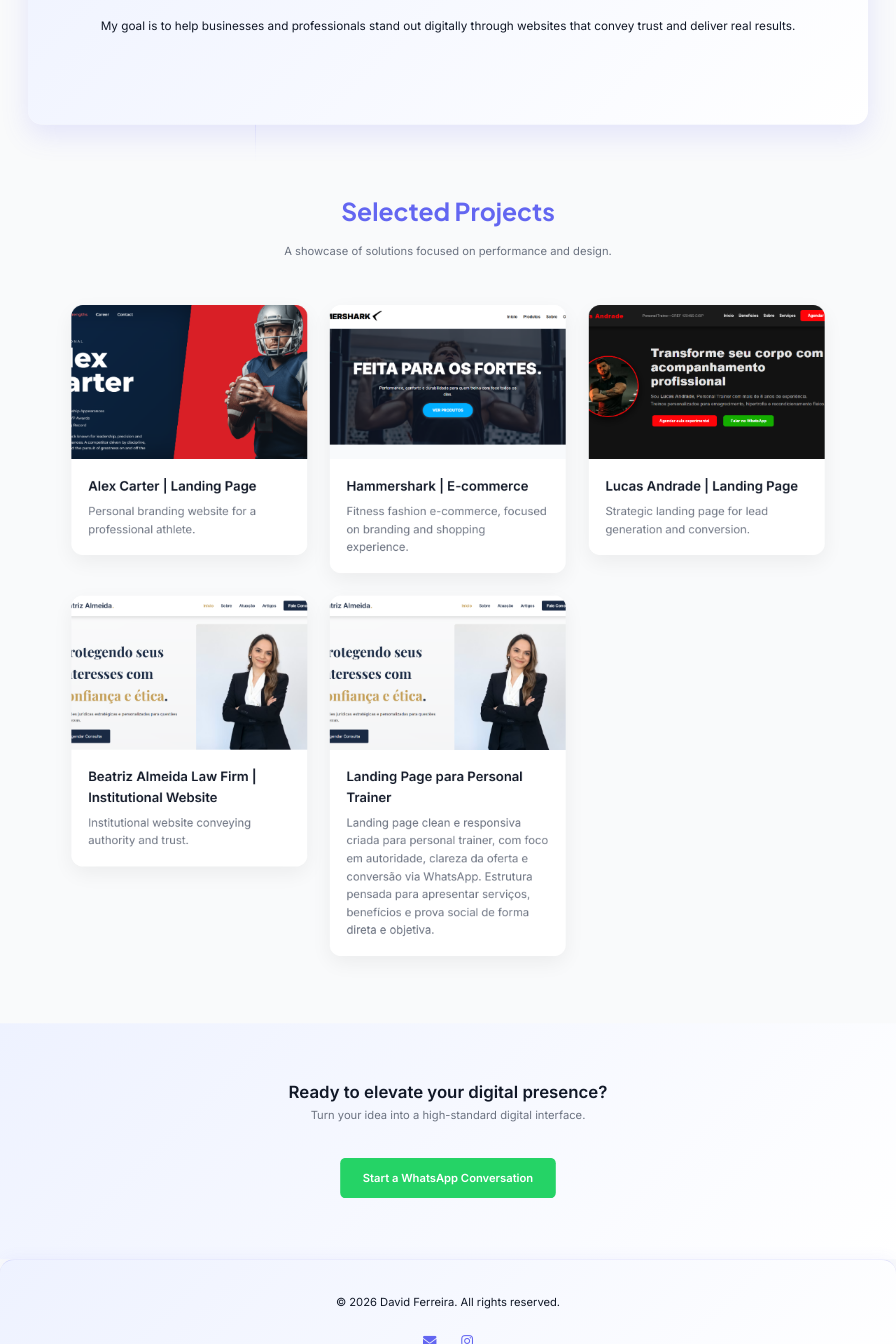
Repository: davidfsillva/portifolio
Page: index.html
These files come from the project's save history. The page is drawn as it stood at one moment and after a run of saves; the edit follows.
The browser window is 1280 px wide. The pictures show the part of the page from y = 1047 to 2967 px (the page is 3031 px tall), at 70% of full size.

Above is the page before, as saved 2026-02-11 18:41:55.
Console error: TypeError: Cannot read properties of null (reading 'addEventListener')

### index.html
<!DOCTYPE html>
<html lang="en">
<head>
    <meta charset="UTF-8">
    <meta name="viewport" content="width=device-width, initial-scale=1.0">

    <title>David Ferreira | Front-end Developer & Premium UI Designer</title>

    <!-- Primary SEO -->
    <meta name="description" content="David Ferreira is a front-end developer specialized in premium interfaces, high-conversion landing pages, and modern digital experiences.">
    <meta name="keywords" content="Front-end Developer, Web Designer, UI Designer, Landing Page, Web Development, Freelancer Brazil">
    <meta name="author" content="David Ferreira">
    <meta name="robots" content="index, follow">
    <link rel="canonical" href="https://yourdomain.com/">

    <!-- Open Graph (Facebook, LinkedIn) -->
    <meta property="og:title" content="David Ferreira | Premium Front-end Developer">
    <meta property="og:description" content="High-standard digital interfaces focused on performance and conversion.">
    <meta property="og:image" content="https://yourdomain.com/preview.jpg">
    <meta property="og:url" content="https://yourdomain.com/">
    <meta property="og:type" content="website">

    <!-- Twitter Card -->
    <meta name="twitter:card" content="summary_large_image">
    <meta name="twitter:title" content="David Ferreira | Web Developer">
    <meta name="twitter:description" content="Premium web development focused on performance and modern design.">
    <meta name="twitter:image" content="https://yourdomain.com/preview.jpg">

    <!-- Favicon -->
    <link rel="icon" href="favicon.ico" type="image/x-icon">

    <!-- Fonts -->
    <link href="https://fonts.googleapis.com/css2?family=Inter:wght@300;400;600&family=Plus+Jakarta+Sans:wght@700;800&display=swap" rel="stylesheet">

    <!-- Font Awesome -->
    <link rel="stylesheet" href="https://cdnjs.cloudflare.com/ajax/libs/font-awesome/6.5.0/css/all.min.css" integrity="sha512-..." crossorigin="anonymous" referrerpolicy="no-referrer" />

    <link rel="stylesheet" href="style.css">
</head>

<body>

    <!-- NAVBAR -->
    <nav class="navbar">
        <div class="logo"><a href="#">David | Web Developer<span>.</span></a></div>

        <ul class="nav-links">
            <li><a href="#about">About</a></li>
            <li><a href="#portfolio">Projects</a></li>
            <li><a href="#contact" class="btn-sm">Contact</a></li>
        </ul>
    </nav>

    <!-- HERO -->
    <section class="hero">
        <div class="hero-content">
            <h1>Creating high-level digital <span> with code experiences</span></h1>
            <p>Front-end developer specialized in high-standard interfaces and landing pages focused on results.</p>
            <div class="hero-btns">
                <a href="#portfolio" class="btn-primary">See Projects</a>
                <a href="#contact" class="btn-secondary">Let's Talk</a>
            </div>
        </div>
        <div class="hero-visual">
            <div class="hero-glow"></div>
        </div>
    </section>

    <!-- ABOUT -->
    <section id="about" class="section">
        <h2>About Me</h2>
        <p>I'm David Ferreira, a Front-end developer focused on creating modern, functional websites with premium interfaces. I work with HTML, CSS, JavaScript, and React, prioritizing performance, design, and user experience.</p>
        <p>My goal is to help businesses and professionals stand out digitally through websites that convey trust and deliver real results.</p>
    </section>

    <!-- PORTFOLIO -->
    <section id="portfolio" class="portfolio">
        <div class="section-header">
            <h2>Selected Projects</h2>
            <p>A showcase of solutions focused on performance and design.</p>
        </div>
        <div class="portfolio-grid">
            <!-- Project 1 -->
            <a href="https://davidfsillva.github.io/Alex-Carter/" target="_blank" class="project-link">
                <div class="project-card">
                    <div class="card-image">
                        <img src="img/alex.png" alt="Alex Carter Project">
                        <div class="card-overlay"><span>View Details</span></div>
                    </div>
                    <div class="card-info">
                        <h3>Alex Carter | Landing Page</h3>
                        <p>Personal branding website for a professional athlete.</p>
                    </div>
                </div>
            </a>

            <!-- Project 2 -->
            <a href="https://davidfsillva.github.io/e-hammershark/" target="_blank" class="project-link">
                <div class="project-card">
                    <div class="card-image">
                        <img src="img/ecomerce.png" alt="Hammershark Project">
                        <div class="card-overlay"><span>View Details</span></div>
                    </div>
                    <div class="card-info">
                        <h3>Hammershark | E-commerce</h3>
                        <p>Fitness fashion e-commerce, focused on branding and shopping experience.</p>
                    </div>
                </div>
            </a>

            <!-- Project 3 -->
            <a href="https://davidfsillva.github.io/landing-page/" target="_blank" class="project-link">
                <div class="project-card">
                    <div class="card-image">
                        <img src="img/landingpage.png" alt="Landing Page Project">
                        <div class="card-overlay"><span>View Details</span></div>
                    </div>
                    <div class="card-info">
                        <h3>Lucas Andrade | Landing Page</h3>
                        <p>Strategic landing page for lead generation and conversion.</p>
                    </div>
                </div>
            </a>

            <!-- Project 4 -->
            <a href="https://davidfsillva.github.io/beatriz-almeida-adv/" target="_blank" class="project-link">
                <div class="project-card">
                    <div class="card-image">
                        <img src="img/adv.png" alt="Beatriz Almeida Law Firm Project">
                        <div class="card-overlay"><span>View Details</span></div>
                    </div>
                    <div class="card-info">
                        <h3>Beatriz Almeida Law Firm | Institutional Website</h3>
                        <p>Institutional website conveying authority and trust.</p>
                    </div>
                </div>
            </a>

                        <!-- Project 5 -->
            <a href="https://davidfsillva.github.io/Hailey-Reed-Coaching/" target="_blank" class="project-link">
                <div class="project-card">
                    <div class="card-image">
                        <img src="img/adv.png" alt="Beatriz Almeida Law Firm Project">
                        <div class="card-overlay"><span>View Details</span></div>
                    </div>
                    <div class="card-info">
                        <h3>Landing Page para Personal Trainer</h3>
                        <p>Landing page clean e responsiva criada para personal trainer, com foco em autoridade, clareza da oferta e conversão via WhatsApp. Estrutura pensada para apresentar serviços, benefícios e prova social de forma direta e objetiva.</p>
                    </div>
                </div>
            </a>
        </div>
    </section>

    <!-- CTA / CONTACT -->
    <section id="contact" class="cta-section">
        <h2>Ready to elevate your digital presence?</h2>
        <p>Turn your idea into a high-standard digital interface.</p>
        <a href="https://wa.me/5511990242453" target="_blank" class="btn-whatsapp">Start a WhatsApp Conversation</a>
    </section>

    <!-- FOOTER -->
    <footer>
        <div class="footer-content">
            <p>&copy; 2026 David Ferreira. All rights reserved.</p>
            <div class="social-links">
                <a href="mailto:davidfsillva@icloud.com" target="_blank" rel="noopener noreferrer"><i class="fa-solid fa-envelope"></i></a>
                <a href="https://www.instagram.com/david_websites?igsh=MWdmZWJ3MW80N3JsNQ==" target="_blank" rel="noopener noreferrer"><i class="fa-brands fa-instagram"></i></a>
            </div>
        </div>
    </footer>

    <script src="scripts.js"></script>
</body>
</html>

### style.css
:root {
  --primary: #6366f1;
  --primary-light: #818cf8;
  --accent: #a855f7;
  --text-dark: #111827;
  --text-light: #6b7280;
  --bg-light: #f9fafb;
  --white: #ffffff;
  --transition: all 0.3s ease;
}

/* RESET */
* {
  margin: 0;
  padding: 0;
  box-sizing: border-box;
}

html {
  scroll-behavior: smooth;   /* já tinha */
  scroll-padding-top: 70px; /* ajuste esse valor para altura da navbar */
}


body {
  font-family: 'Inter', sans-serif;
  background: var(--bg-light);
  color: var(--text-dark);
  line-height: 1.6;
  animation: fadePage 0.8s ease-in-out;
}

@keyframes fadePage {
  from { opacity: 0; transform: translateY(10px); }
  to { opacity: 1; transform: translateY(0); }
}

/* NAVBAR */
.navbar {
  position: fixed;
  width: 100%;
  top: 0;
  padding: 1.5rem 8%;
  display: flex;
  justify-content: space-between;
  align-items: center;
  background: rgba(255,255,255,0.85);
  backdrop-filter: blur(12px);
  box-shadow: 0 4px 20px rgba(0,0,0,0.05);
  z-index: 1000;
  transition: var(--transition);
}

.logo {
  font-family: 'Plus Jakarta Sans', sans-serif;
  font-weight: 800;
  font-size: 1.5rem;
}

.logo a {
  text-decoration: none;   /* remove o sublinhado */
  color: var(--text-dark); /* cor principal da logo */
  font-weight: 800;
  font-size: 1.5rem;
}

.logo a span {
  color: var(--primary);   /* deixa apenas o ponto colorido */
}


.logo span {
  color: var(--primary);
}

.nav-links {
  display: flex;
  list-style: none;
  gap: 2rem;
}

.nav-links a {
  text-decoration: none;
  color: var(--text-light);
  font-weight: 500;
  transition: var(--transition);
}

.nav-links a:hover {
  color: var(--primary);
  transform: translateY(-2px);
}

/* HERO */
.hero {
  min-height: 100vh;
  padding: 120px 8% 80px; /* aumentei de 60px para 80px */
  display: flex;
  align-items: center;
  justify-content: space-between;
  background: linear-gradient(135deg, #eef2ff, #ffffff);
  flex-wrap: wrap;
}

.hero-content {
  max-width: 600px;
  animation: heroFade 1s ease 0.2s both;
}

@keyframes heroFade {
  from { opacity: 0; transform: translateY(40px); }
  to { opacity: 1; transform: translateY(0); }
}

.badge {
  display: inline-block;
  padding: 0.5rem 1rem;
  background: rgba(99,102,241,0.1);
  color: var(--primary);
  border-radius: 20px;
  font-size: 0.8rem;
  font-weight: 600;
  margin-bottom: 1.5rem;
}

.hero h1 {
  font-family: 'Plus Jakarta Sans', sans-serif;
  font-size: clamp(2rem, 5vw, 3.5rem);
  line-height: 1.2;
  margin-bottom: 1.5rem;
}

.hero h1 span {
  background: linear-gradient(90deg, var(--primary), var(--accent));
  -webkit-background-clip: text;
  -webkit-text-fill-color: transparent;
}

.hero p {
  font-size: 1.1rem;
  color: var(--text-light);
  margin-bottom: 2rem;
}

/* BUTTONS */
.btn-primary,
.btn-secondary,
.btn-whatsapp {
  display: inline-block;
  padding: 0.9rem 2rem;
  border-radius: 8px;
  text-decoration: none;
  font-weight: 600;
  transition: all 0.3s ease;
  position: relative;
  overflow: hidden;
}

.btn-primary {
  background: linear-gradient(90deg, var(--primary), var(--accent));
  color: white;
  box-shadow: 0 10px 25px rgba(99,102,241,0.3);
}

.btn-primary:hover {
  transform: translateY(-4px) scale(1.03);
}

.btn-primary:active {
  transform: scale(0.96);
}

.btn-primary::after {
  content: "";
  position: absolute;
  width: 200%;
  height: 200%;
  background: radial-gradient(circle, rgba(255,255,255,0.4), transparent 60%);
  top: -50%;
  left: -50%;
  opacity: 0;
  transition: opacity 0.4s ease;
}

.btn-primary:hover::after {
  opacity: 1;
}

.btn-secondary {
  border: 1px solid #e5e7eb;
  color: var(--text-dark);
  margin-left: 1rem;
  box-shadow: 0 5px 25px rgba(99,102,241,0.3);

}

.btn-secondary:hover {
  background: #f3f4f6;
  transform: translateY(-4px);
}

.btn-secondary:active {
  transform: scale(0.96);
}

.btn-whatsapp {
  background: linear-gradient(90deg, #25d366, #1ebe57);
  color: white;
  padding: 1rem 2rem;
  border-radius: 8px;
  font-weight: 600;
  transition: var(--transition);
}

.btn-whatsapp:hover {
  transform: translateY(-3px) scale(1.03);
  box-shadow: 0 8px 20px rgba(37,211,102,0.4);
}

.btn-whatsapp:active {
  transform: scale(0.96);
}

.hero-btns {
  display: flex;
  flex-wrap: wrap;
}

#about {
  text-align: center;
  max-width: 1200px;
  margin: 4rem auto 0; /* adiciona mais distância do Hero */
  padding: 6rem 8%;
  background: linear-gradient(135deg, #eef2ff 0%, #ffffff 100%);
  border-radius: 20px;
  box-shadow: 0 15px 40px rgba(99,102,241,0.15);
  position: relative;
  overflow: hidden;
}

#about::before {
  content: "";
  position: absolute;
  width: 200px;
  height: 200px;
  background: radial-gradient(circle, rgba(163,155,253,0.2), transparent 70%);
  top: -50px;
  right: -50px;
  border-radius: 50%;
  z-index: 0;
  animation: pulseGlow 6s infinite ease-in-out;
}

#about h2 {
  font-family: 'Plus Jakarta Sans', sans-serif;
  font-size: clamp(2rem, 4vw, 2.5rem);
  margin-bottom: 2rem;
  position: relative;
  z-index: 1;
  background: linear-gradient(90deg, var(--primary), var(--accent));
  -webkit-background-clip: text;
  -webkit-text-fill-color: transparent;
}

#about p {
  font-size: 1.05rem;
  line-height: 1.9;
  color: var(--text-dark);
  margin-bottom: 1.8rem;
  position: relative;
  z-index: 1;
  opacity: 0;
  transform: translateY(20px);
  animation: fadeUp 1s forwards;
  animation-delay: 0.3s;
}

/* Animação suave */
@keyframes fadeUp {
  to {
    opacity: 1;
    transform: translateY(0);
  }
}



/* HERO VISUAL */
.hero-visual {
  flex: 1;
  min-height: 400px;
  display: flex;
  justify-content: center;
  align-items: center;
}

.hero-glow {
  width: 380px;
  height: 380px;
  background: url('img/dashboard.png') no-repeat center center;
  background-size: contain;
  animation: float-rotate 8s ease-in-out infinite;
}

@keyframes float-rotate {
  0%   { transform: translateY(0px) rotate(0deg); }
  50%  { transform: translateY(-10px) rotate(3deg); }
  100% { transform: translateY(0px) rotate(0deg); }
}

/* PORTFOLIO */
.portfolio {
  padding: 6rem 8%;
}

.section-header {
  text-align: center;
  margin-bottom: 4rem;
}

.section-header h2 {
  font-family: 'Plus Jakarta Sans', sans-serif;
  font-size: 2.2rem;
  margin-bottom: 1rem;
  color: var(--primary)
}

.section-header p {
  color: var(--text-light);
}

.portfolio-grid {
  display: grid;
  grid-template-columns: repeat(auto-fit, minmax(280px, 1fr));
  gap: 2rem;
}

.project-card {
  background: var(--white);
  border-radius: 16px;
  overflow: hidden;
  box-shadow: 0 10px 30px rgba(0,0,0,0.06);
  cursor: pointer;
  transition: transform 0.4s ease, box-shadow 0.4s ease;
  will-change: transform;
}

.project-card:hover {
  transform: translateY(-12px) scale(1.03);
  box-shadow: 0 25px 50px rgba(99,102,241,0.2);
}

.card-image {
  position: relative;
  overflow: hidden;
}

.card-image img {
  width: 100%;
  height: 220px;
  object-fit: cover;
  display: block;
  transition: transform 0.6s ease;
}

.project-card:hover .card-image img {
  transform: scale(1.08);
}

.card-overlay {
  position: absolute;
  inset: 0;
  background: rgba(99,102,241,0.8);
  display: flex;
  justify-content: center;
  align-items: center;
  color: white;
  font-weight: 600;
  opacity: 0;
  transition: opacity 0.4s ease;
}

.project-card:hover .card-overlay {
  opacity: 1;
}

.card-info {
  padding: 1.5rem;
}

.card-info h3 {
  margin-bottom: 0.5rem;
}

.card-info p {
  color: var(--text-light);
}

.project-link {
  text-decoration: none;
  color: inherit;
  display: block;
}


/* CTA */
.cta-section {
  padding: 5rem 8%;
  text-align: center;
  background: linear-gradient(135deg, #eef2ff, #ffffff);
}

/* FOOTER */
footer {
  padding: 3rem 5%;
  background: linear-gradient(135deg, #eef2ff, #ffffff); /* leve gradiente */
  border-top: 1px solid rgba(99,102,241,0.2); /* linha discreta */
  text-align: center;
  border-radius: 20px 20px 0 0;
  box-shadow: 0 -4px 20px rgba(99,102,241,0.05);
}

.footer-content {
  display: flex;
  flex-direction: column;
  align-items: center;
  gap: 1.5rem; /* aumenta espaço entre elementos */
}

.footer-content p {
  color: var(--text-dark);
  font-weight: 450;
  font-size: 1rem;
}

.social-links {
  display: flex;
  gap: 1rem; /* distância entre ícones */
}

.social-links a {
  color: var(--primary);
  padding: 0.6rem;
  border-radius: 30%; /* círculo perfeito */
  font-size: 1.2rem;
  display: flex;
  justify-content: center;
  align-items: center;
  transition: all 0.3s ease;
  text-decoration: none;
}

.social-links a:hover {
  transform: translateY(-3px) scale(1.1);
  color: var(--primary);
}


.cta-section p {
  color: var(--text-light);
  margin-bottom: 2.5rem; /* aumenta espaço abaixo do texto */
}

.btn-whatsapp {
  display: inline-block;
  background: #25d366;
  color: white;
  padding: 1rem 2rem;
  border-radius: 8px;
  text-decoration: none;
  font-weight: 600;
  transition: var(--transition);
  margin-top: 0.5rem; /* pequeno respiro extra */
}


/* MODAL */
.modal-overlay {
  position: fixed;
  inset: 0;
  background: rgba(0,0,0,0.6);
  display: none;
  justify-content: center;
  align-items: center;
  padding: 2rem;
  z-index: 2000;
}

.modal-content {
  background: white;
  width: 100%;
  max-width: 900px;
  border-radius: 20px;
  overflow: hidden;
  animation: modalZoom 0.4s cubic-bezier(.23,1,.32,1);
  position: relative;
}

@keyframes modalZoom {
  from { opacity: 0; transform: scale(0.85) translateY(20px); }
  to { opacity: 1; transform: scale(1) translateY(0); }
}

.modal-body {
  display: grid;
  grid-template-columns: 1fr 1fr;
}

.modal-img {
  min-height: 300px;
  background-size: cover !important;
}

.modal-text {
  padding: 2rem;
}

.close-modal {
  position: absolute;
  top: 20px;
  right: 25px;
  background: none;
  border: none;
  font-size: 2rem;
  cursor: pointer;
  transition: transform 0.3s ease;
}

.close-modal:hover {
  transform: rotate(90deg);
}

/* RESPONSIVO */
/* =====================
   RESPONSIVIDADE
===================== */

/* Para telas até 900px */
@media (max-width: 900px) {
  html, body {
    overflow-x: hidden; /* remove rolagem lateral */
  }

  .hero {
    flex-direction: column;
    text-align: center;
    padding: 100px 5% 60px; /* garante espaçamento interno */
    width: 100%; /* força largura total */
  }

  .hero-left,
  .hero-right,
  .hero-visual {
    width: 100%;
    max-width: 100%;
    margin: 0 auto; /* centraliza horizontalmente */
  }

  .hero-btns {
    display: flex;
    justify-content: center;
    align-items: center;
    gap: 1rem;
    flex-wrap: wrap;
    margin: 0 auto;
  }

  .hero-btns a {
    margin: 0; /* remove margens extras que possam deslocar os botões */
  }

  .portfolio,
  .cta-section {
    padding: 4rem 5%;
    width: 100%;
    max-width: 100%;
    margin: 0 auto;
  }
}

/* Para telas até 600px */
@media (max-width: 600px) {
  html, body {
    overflow-x: hidden; /* garante sem scroll lateral */
  }

  .navbar {
    padding: 1rem 5%;
    width: 100%;
    max-width: 100%;
    margin: 0 auto;
  }

  .nav-links {
    display: none;
  }

  .hero {
    padding: 80px 5% 40px;
    width: 100%;
  }

  .hero-btns {
    justify-content: center;
    gap: 1rem;
    flex-wrap: wrap;
  }

  .portfolio,
  .cta-section {
    padding: 3rem 5%;
  }

  footer {
    padding: 2rem 5%;
    width: 100%;
  }

  .footer-content {
    flex-direction: column;
    text-align: center;
    width: 100%;
  }

  .social-links a {
    margin: 0 0.5rem;
  }

  /* imagens e vídeos dentro do hero */
  .hero img,
  .hero video {
    max-width: 100%;
    height: auto;
    display: block;
    margin: 0 auto;
  }
}

### scripts.js
// =============================
// NAVBAR SCROLL EFFECT
// =============================
const navbar = document.querySelector(".navbar");

window.addEventListener("scroll", () => {
  if (window.scrollY > 50) {
    navbar.style.padding = "1rem 8%";
    navbar.style.boxShadow = "0 8px 25px rgba(0,0,0,0.08)";
  } else {
    navbar.style.padding = "1.5rem 8%";
    navbar.style.boxShadow = "0 4px 20px rgba(0,0,0,0.05)";
  }
});

// =============================
// MODAL FUNCTIONALITY
// =============================
const modal = document.querySelector(".modal-overlay");
const modalImg = document.querySelector(".modal-img");
const modalTitle = document.querySelector(".modal-text h3");
const modalDesc = document.querySelector(".modal-text p");
const closeModal = document.querySelector(".close-modal");

const projectCards = document.querySelectorAll(".project-card");

projectCards.forEach(card => {
  card.addEventListener("click", () => {
    const title = card.querySelector("h3").innerText;
    const desc = card.querySelector("p").innerText;
    const img = card.querySelector("img").src;

    modalTitle.innerText = title;
    modalDesc.innerText = desc;
    modalImg.style.backgroundImage = `url(${img})`;

    modal.style.display = "flex";
    document.body.style.overflow = "hidden";
  });
});

// Fechar modal
closeModal.addEventListener("click", () => {
  modal.style.display = "none";
  document.body.style.overflow = "auto";
});

// Fechar clicando fora
modal.addEventListener("click", (e) => {
  if (e.target === modal) {
    modal.style.display = "none";
    document.body.style.overflow = "auto";
  }
});

// Fechar com ESC
document.addEventListener("keydown", (e) => {
  if (e.key === "Escape") {
    modal.style.display = "none";
    document.body.style.overflow = "auto";
  }
});

// =============================
// SCROLL REVEAL ANIMATION
// =============================
const revealElements = document.querySelectorAll(
  ".hero-content, .project-card, .section-header, .cta-section"
);

const observer = new IntersectionObserver(
  (entries) => {
    entries.forEach(entry => {
      if (entry.isIntersecting) {
        entry.target.style.opacity = "1";
        entry.target.style.transform = "translateY(0)";
      }
    });
  },
  { threshold: 0.2 }
);

revealElements.forEach(el => {
  el.style.opacity = "0";
  el.style.transform = "translateY(40px)";
  el.style.transition = "all 0.8s ease";
  observer.observe(el);
});

// =============================
// BUTTON MICRO INTERACTION
// =============================
const buttons = document.querySelectorAll(".btn-primary, .btn-secondary, .btn-whatsapp");

buttons.forEach(btn => {
  btn.addEventListener("mouseenter", () => {
    btn.style.transform = "scale(1.05)";
  });

  btn.addEventListener("mouseleave", () => {
    btn.style.transform = "scale(1)";
  });
});

After the next 2 saves:
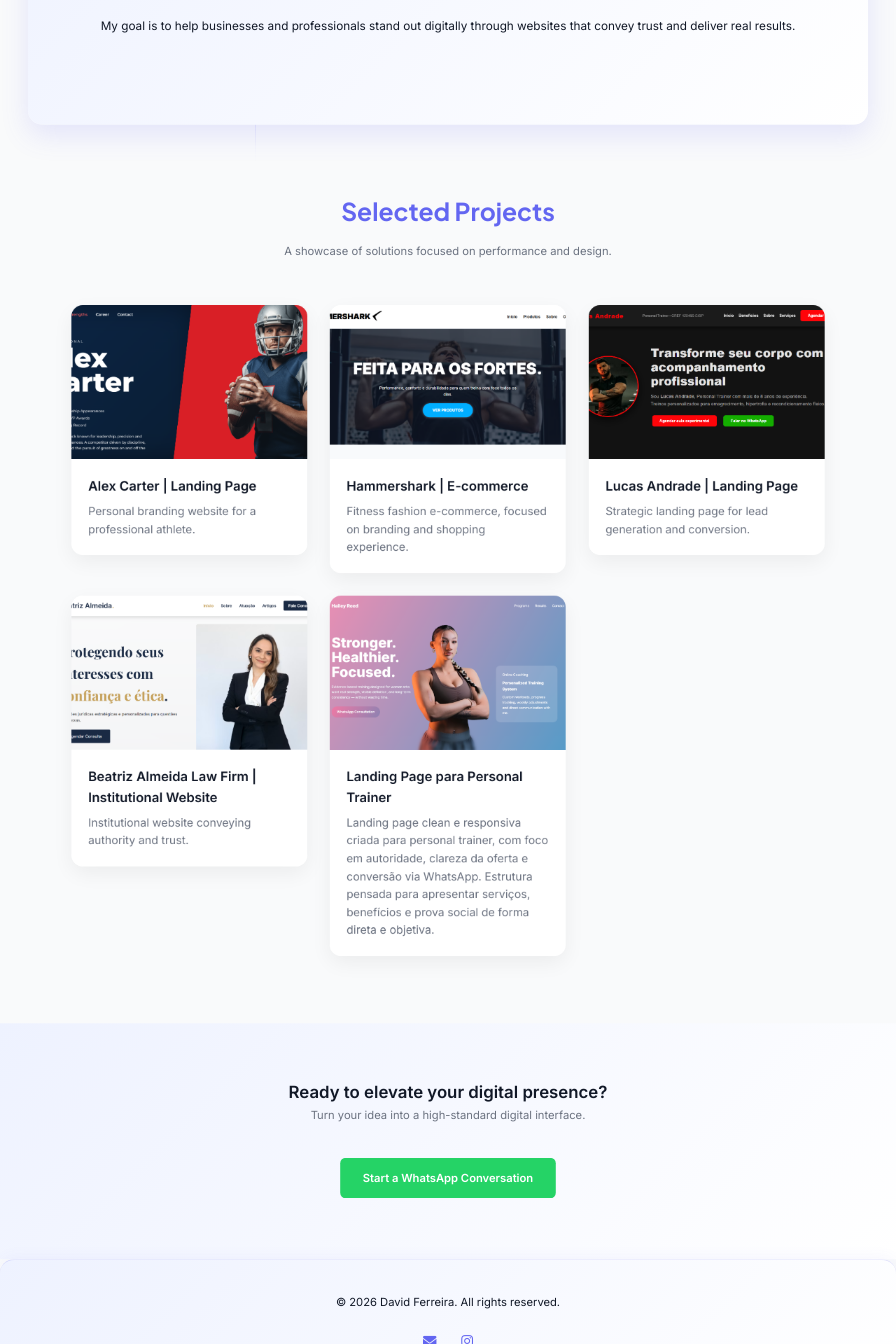
The 2 saves are shown as one change because they came seconds apart.
The last was saved 97 s later.
--- a/index.html
+++ b/index.html
@@ -140,7 +140,7 @@
             <a href="https://davidfsillva.github.io/Hailey-Reed-Coaching/" target="_blank" class="project-link">
                 <div class="project-card">
                     <div class="card-image">
-                        <img src="img/adv.png" alt="Beatriz Almeida Law Firm Project">
+                        <img src="img/Hailey.png" alt="Beatriz Almeida Law Firm Project">
                         <div class="card-overlay"><span>View Details</span></div>
                     </div>
                     <div class="card-info">
